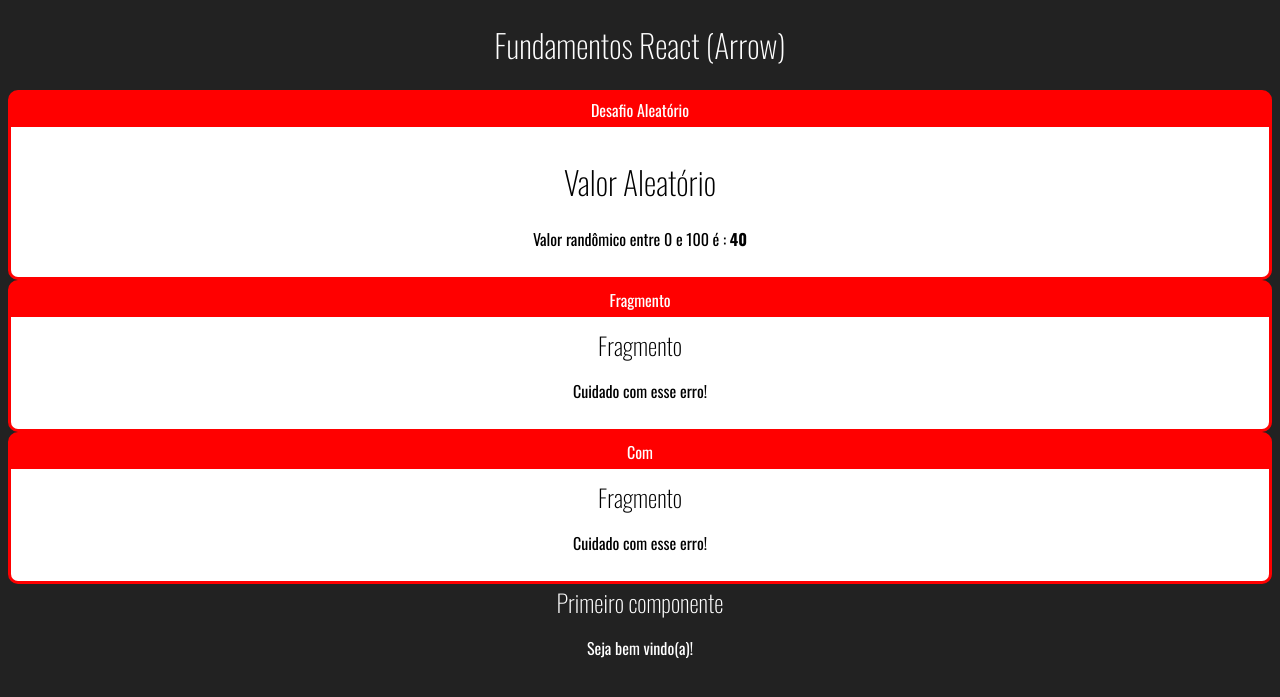
Repository: jean-siqueira/fundamentos-react
Page: /
The author's editor kept a copy of each file at every save. The page is drawn from the files as they stood at one save, then again after a run of saves.
The browser window is 1280 px wide. The pictures show the whole page.
The project was rebuilt for these pictures with package versions that can differ from the ones it lists, and the page was loaded fresh each time.

Above is the page before, as saved 2023-03-04 12:13:49.

After the next 3 saves:
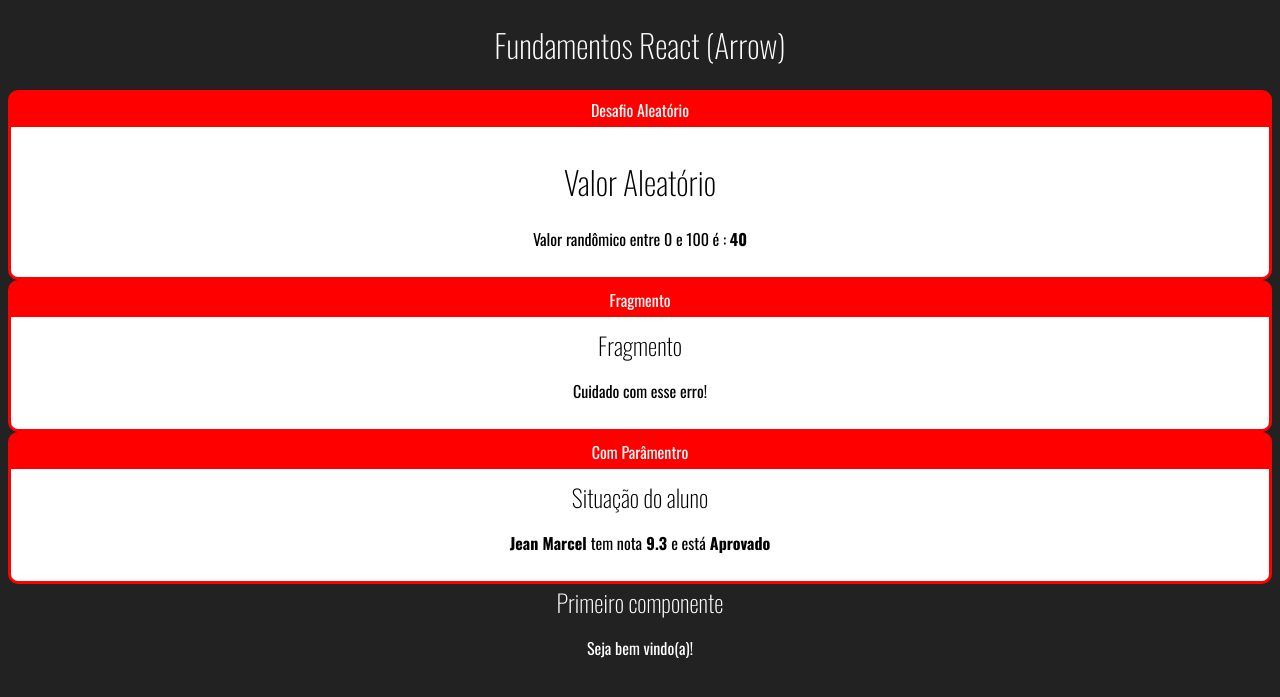
The 3 saves are shown as one change because they came seconds apart.
The last was saved 16 s later.
--- a/src/App.jsx
+++ b/src/App.jsx
@@ -15,15 +15,12 @@
     </Card>
 
     <Card titulo="Fragmento">
-     <Fragmento />
+      <Fragmento />
     </Card>
 
-
-    <Card titulo="Com ">
-     <Fragmento />
+    <Card titulo="Com Parâmentro">
+      <ComParametro titulo="Situação do aluno" aluno="Jean Marcel" nota={9.3} />
     </Card>
-
-
 
     <Primeiro></Primeiro>
   </div>
